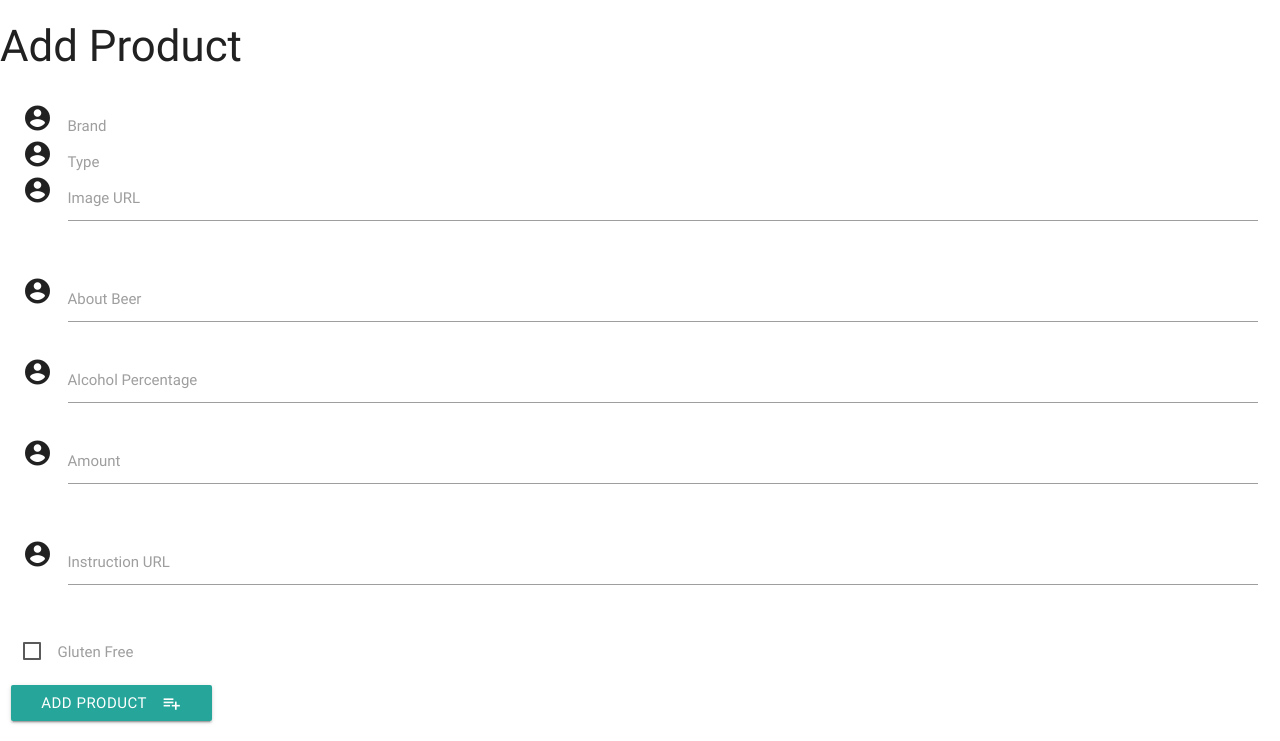
Repository: Leon2ev/lazy-brew
Page: http://localhost/add_product
The author's editor kept a record of every edit. The page is drawn from the files as they stood at one moment, then again after the next edit.
The browser window is 1280 px wide. The pictures show the whole page.
Some web libraries are served in a nearby version. The page is served by the project's application, run on Flask 3 (app.py). Queries for data that is not in the repository find no rows.

Above is the page before.

After the next edit:
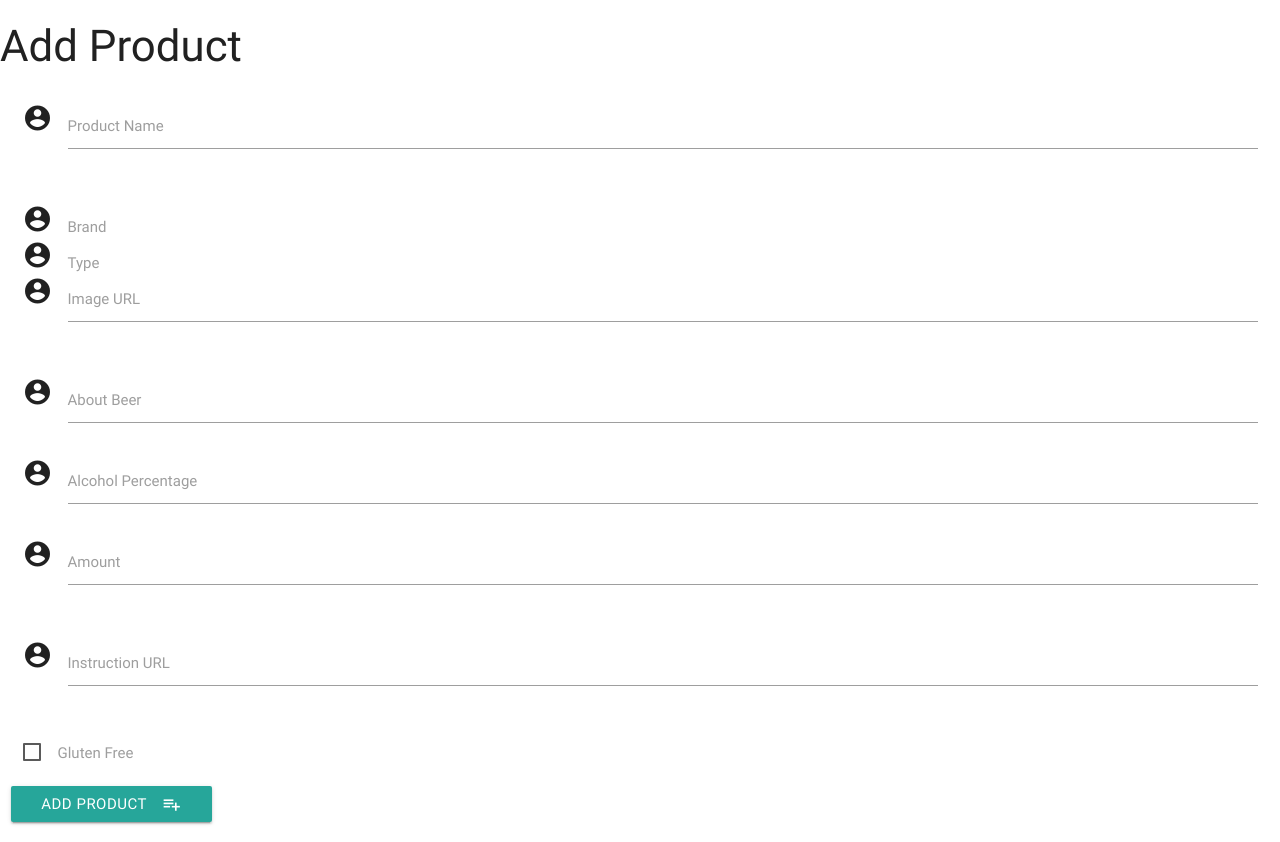
The edit:
--- a/templates/addproduct.html
+++ b/templates/addproduct.html
@@ -3,6 +3,13 @@
     <h3>Add Product</h3>
         <div class="row">
             <form action="{{url_for('insert_product')}}" method="POST" class="col s12">
+                <div class="row">
+                    <div class="input-field col s12">
+                        <i class="material-icons prefix">account_circle</i>
+                        <input id="name" name="name" type="text" class="validate">
+                        <label for="icon_prefix">Product Name</label>
+                    </div>
+                </div>
                 <div class="row">
                     <div class="input-field col s12">
                         <i class="material-icons prefix">account_circle</i>
